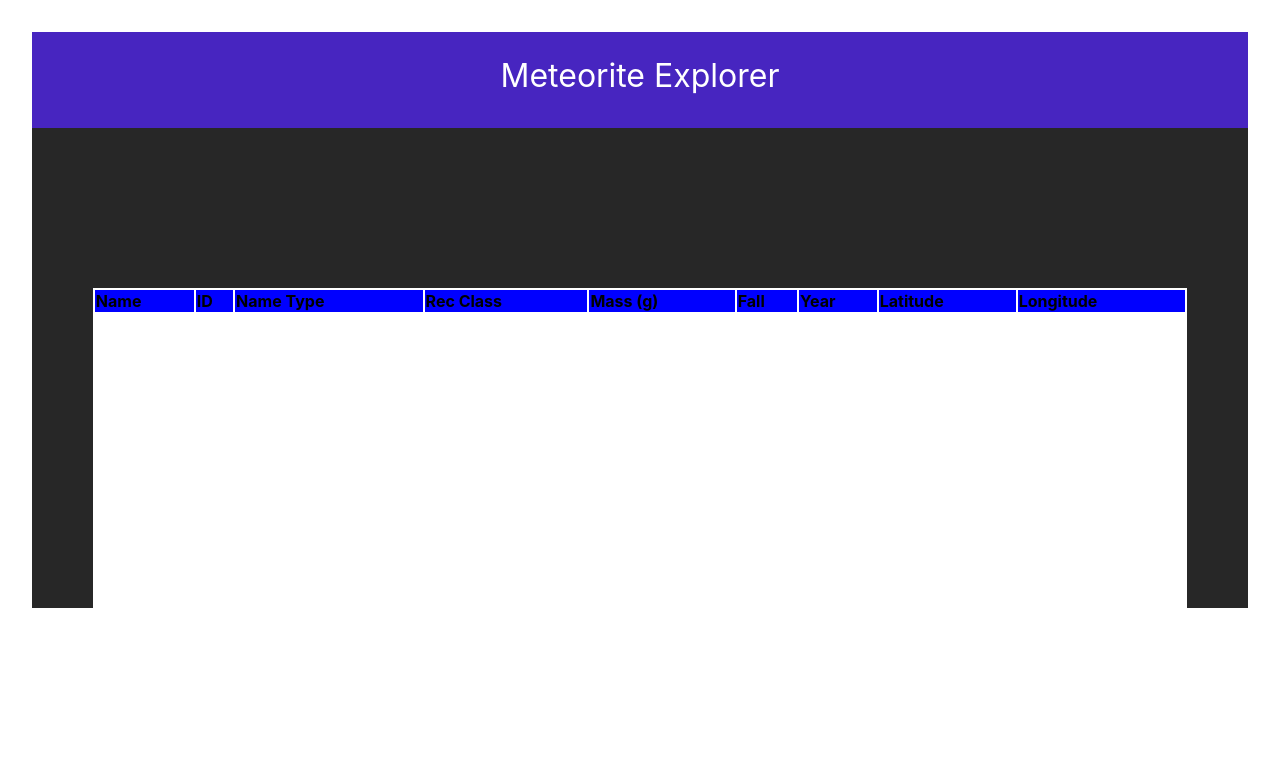
Repository: Tsardines/meteorite-explorer
Page: / (app in meteorite-explorer/)
These files come from the project's save history. The page is drawn as it stood at one moment and after the next save; the edit follows.
The browser window is 1280 px wide. The pictures show the whole page.
The page's requests for data from a server got no answer. The project was rebuilt for these pictures with package versions that can differ from the ones it lists, and the page was loaded fresh each time. No one was signed in, and anything a server would have sent is missing.

Above is the page before, as saved 2019-05-27 17:02:43.

### meteorite-explorer/src/App.js
import React, { Component } from 'react';
import './App.css';

// import { BootstrapTable, TableHeaderColumn } from 'react-bootstrap-table';
// import 'react-bootstrap-table-next/dist/react-bootstrap-table2.min.css';

// import Table from 'react-bootstrap/Table';

class App extends Component {
  constructor(props) {
    super(props);

  this.state = {
    items: []
  };
  this.componentWillMount = this.componentWillMount.bind(this);
}

componentWillMount() {
  fetch('https://data.nasa.gov/resource/gh4g-9sfh.json')
  .then(res => res.json())
  .then(data => {
    this.setState({ items: data });
  });
}


  render() {

    const { items } = this.state;

    return (


      <div className="wrapper">
        <div className="header">Meteorite Explorer</div>
        <table className="my-table">
          <thead>
            <th>Name</th>
            <th>ID</th>
            <th>Name Type</th>
            <th>Rec Class</th>
            <th>Mass (g)</th>
            <th>Fall</th>
            <th>Year</th>
            <th>Latitude</th>
            <th>Longitude</th>
          </thead>

          <tbody>
          { items.map((item, num) => {
            return (
              <tr>
                <td><p key={num}>{item.name}</p></td>
                <td><p key={num}>{item.id}</p></td>
                <td><p key={num}>{item.nametype}</p></td>
                <td><p key={num}>{item.recclass}</p></td>
                <td><p key={num}>{item.mass}</p></td>
                <td><p key={num}>{item.fall}</p></td>
                <td><p key={num}>{item.year}</p></td>
                <td><p key={num}>{item.reclat}</p></td>
                <td><p key={num}>{item.reclong}</p></td>
              </tr>
            )
          })}
          </tbody>
        </table>
      </div>
    )
  } // render

}

export default App;

### meteorite-explorer/src/App.css
body {
  margin: 2rem;
}

.header {
  background-color: rgb(71, 37, 192);
  color: white;
  font-size: 2rem;
  height: 3rem;
  padding: 1.5rem 0;
  text-align: center;
}

.wrapper {
  background-color: rgb(39, 39, 39);
}

.my-table {
  background-color: white;
  height: 20rem;
  margin: 10rem auto;
  overflow-y: scroll;
  width: 90%;
}

tr:nth-child(odd):hover {
  background-color: rgb(143, 143, 143);
}

thead > th {
  background-color: blue;
  text-align: left;
}

Loaded but not shown: meteorite-explorer/public/index.html (common file); meteorite-explorer/src/index.js (common file); meteorite-explorer/src/index.css (common file); meteorite-explorer/src/serviceWorker.js (common file)

After the next save:
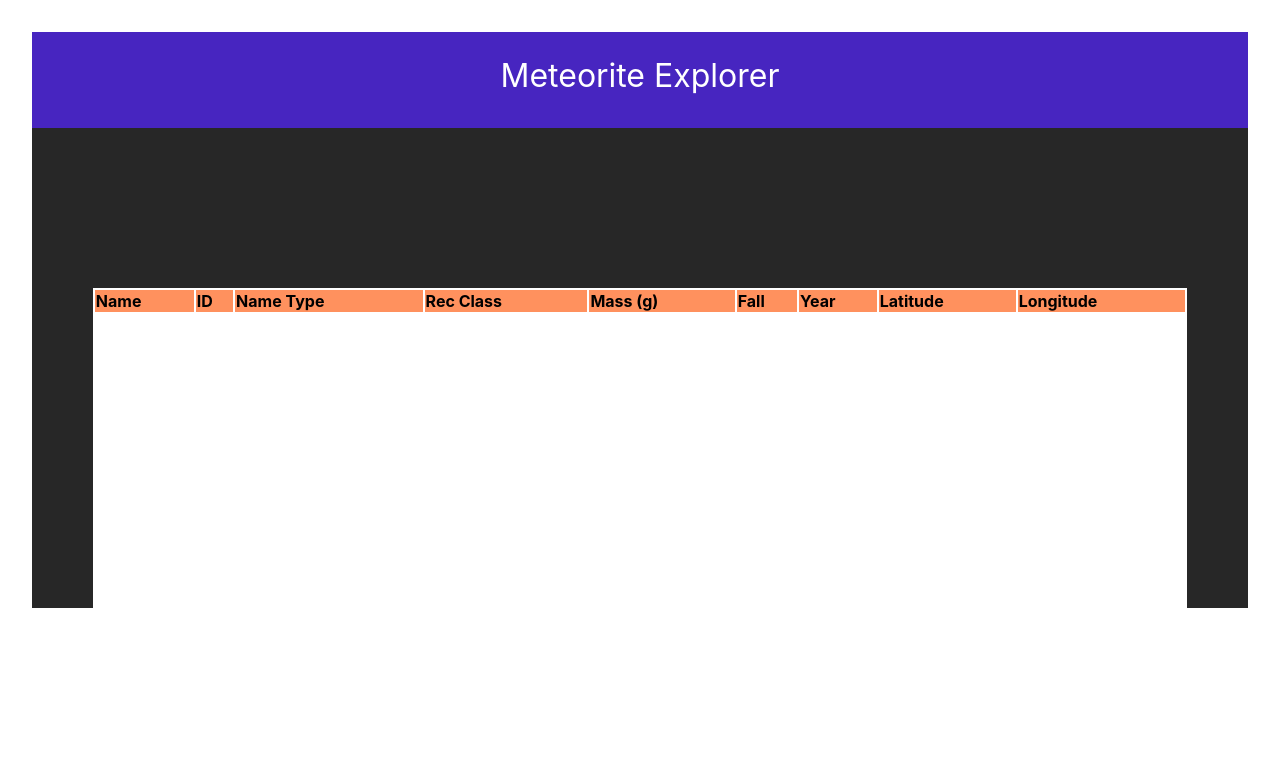
Saved 17 s later.
--- a/meteorite-explorer/src/App.css
+++ b/meteorite-explorer/src/App.css
@@ -27,7 +27,7 @@ tr:nth-child(odd):hover {
   background-color: rgb(143, 143, 143);
 }
 
-thead > th {
-  background-color: blue;
+thead {
+  background-color: rgb(255, 145, 94);
   text-align: left;
 }
